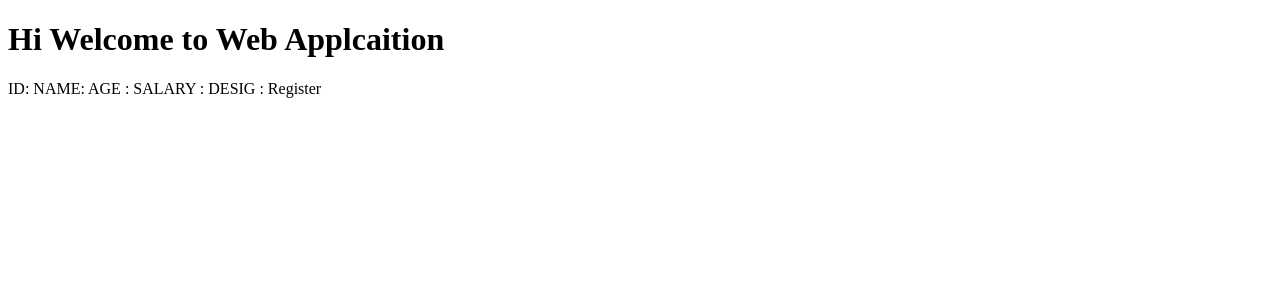
Repository: Thaneshwara848/TCS_B1
Page: WebDemo1/src/main/webapp/Register.html
The author's editor kept a copy of each file at every save. The page is drawn from the files as they stood at one save, then again after the next save.
The browser window is 1280 px wide. The pictures show the whole page.

Above is the page before, as saved 2022-11-14 04:08:04.

After the next save:
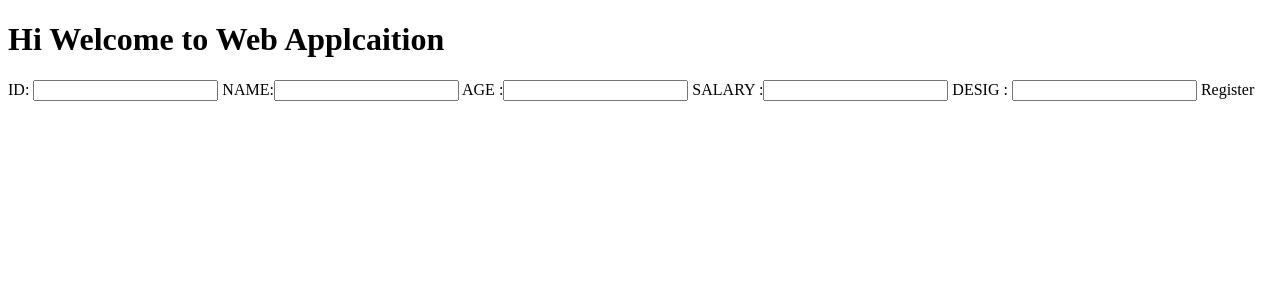
Saved 27 s later.
--- a/WebDemo1/src/main/webapp/Register.html
+++ b/WebDemo1/src/main/webapp/Register.html
@@ -7,11 +7,11 @@
 <body>
 	<h1> Hi Welcome to Web Applcaition </h1>
 
-	ID:
-	NAME:
-	AGE :
-	SALARY :
-	DESIG :
+	ID: <input type="text" >
+	NAME:<input type="text" >
+	AGE :<input type="text" >
+	SALARY :<input type="text" >
+	DESIG : <input type="text" >
 
 	Register
 
